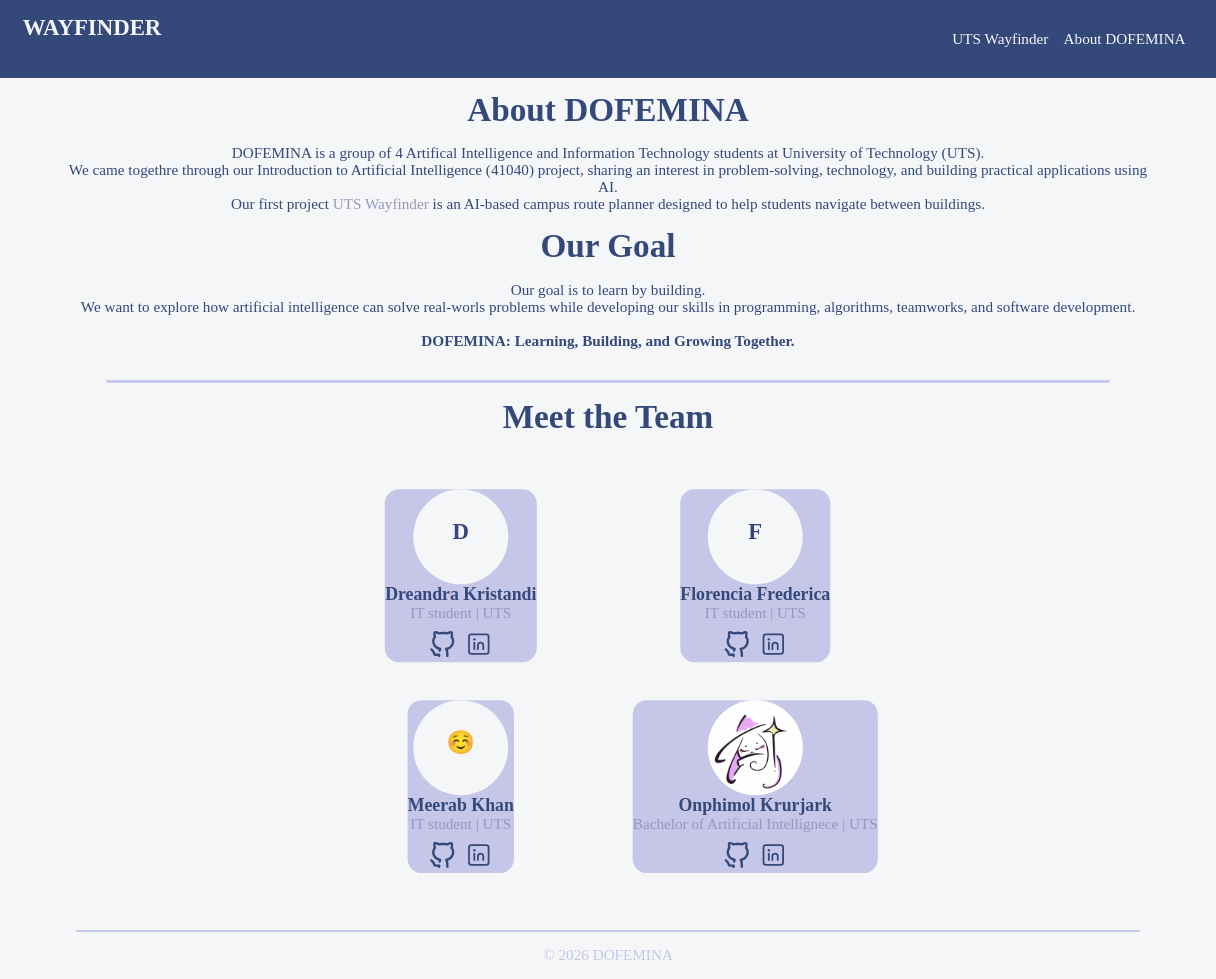
Repository: Meerab-K/uts-wayfinder
Page: html/about.html
These files come from the project's save history. The page is drawn as it stood at one moment and after a run of saves; the edit follows.
The browser window is 1280 px wide. The pictures show the whole page, at 95% of full size.
Some web fonts or font styles are not loaded; a fallback is used.

Above is the page before, as saved 2026-10-19 22:21:36.

After the next 2 saves:
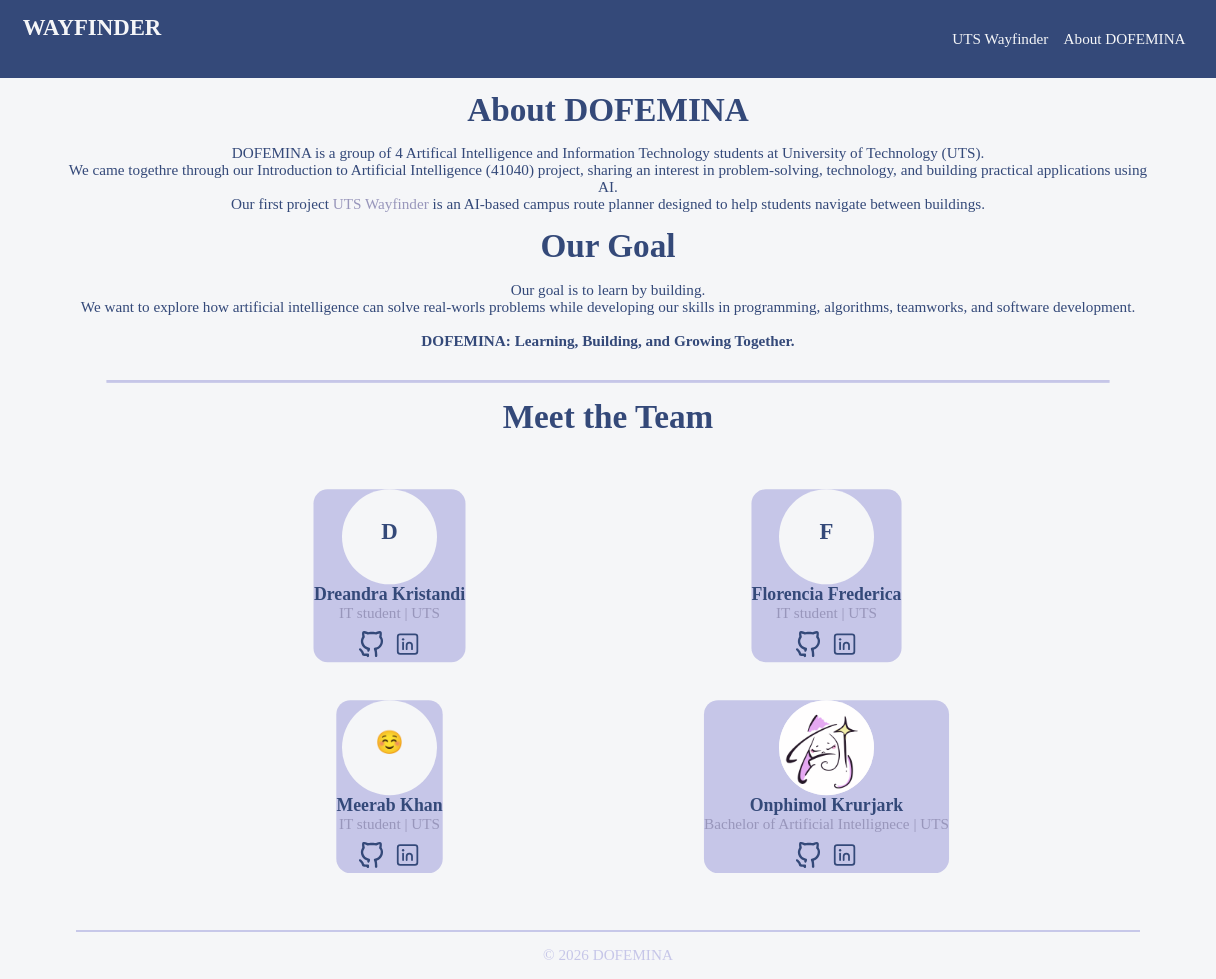
The 2 saves are shown as one change because they came seconds apart.
The last was saved 25 s later.
--- a/css/about.css
+++ b/css/about.css
@@ -29,8 +29,8 @@
     grid-template-columns: repeat(2, minmax(0, 1fr));
     gap: 20px;
 
-    width: 100%;
-    max-width: 600px;
+    width: 90%;
+    max-width: 900px;
     margin: 40px auto;
 }
 
